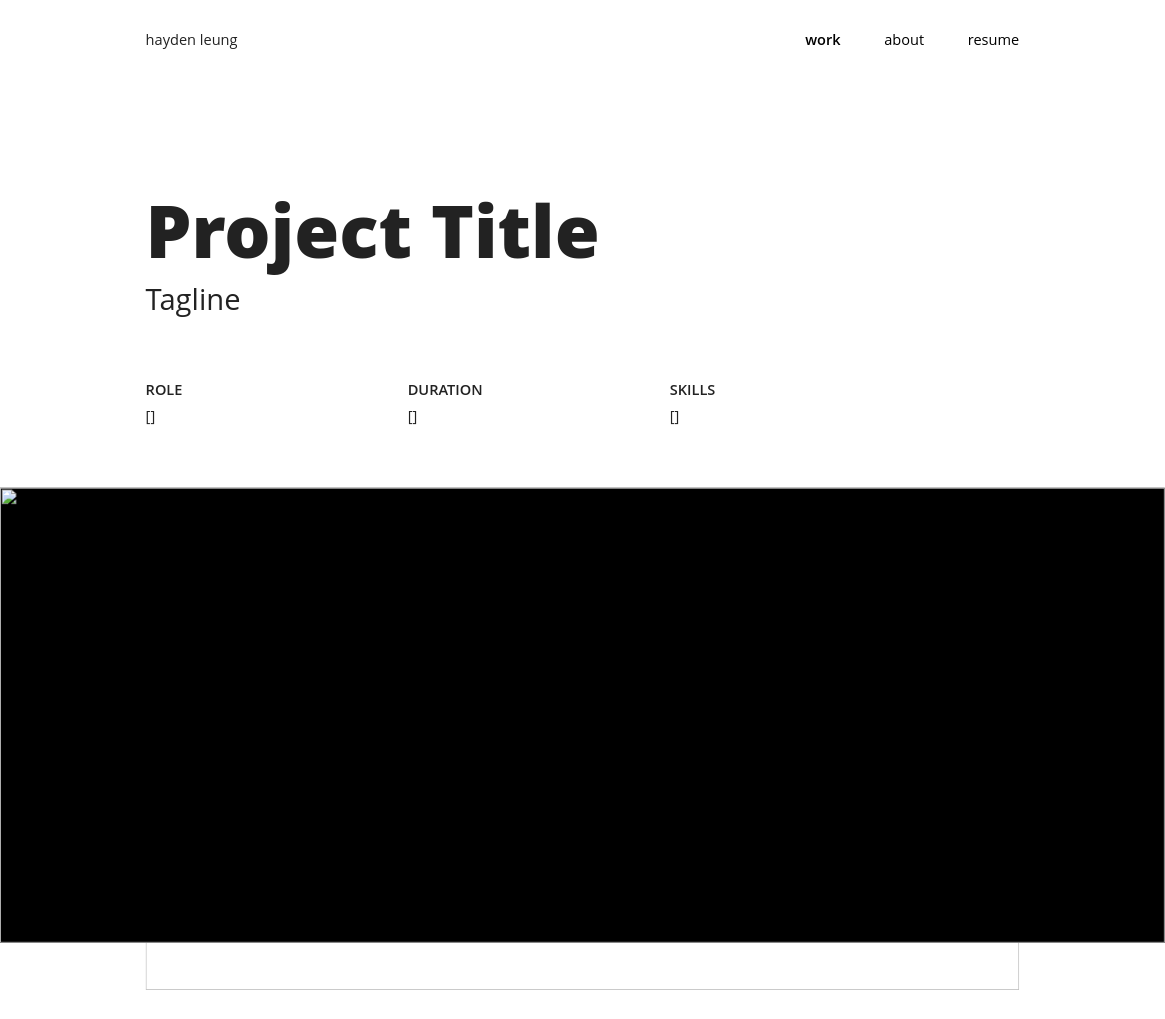
Repository: Haydenleung/Artifact
Page: /
The author's editor kept a copy of each file at every save. The page is drawn from the files as they stood at one save, then again after the next save.
The browser window is 1280 px wide. The pictures show the whole page, at 91% of full size.
The project was rebuilt for these pictures with package versions that can differ from the ones it lists, and the page was loaded fresh each time. The framework's server and built-in components were replaced by stand-ins that run in the browser. Also part of the build but not shown: next.config.mjs.

Above is the page before, as saved 2024-01-29 00:08:41.

After the next save:
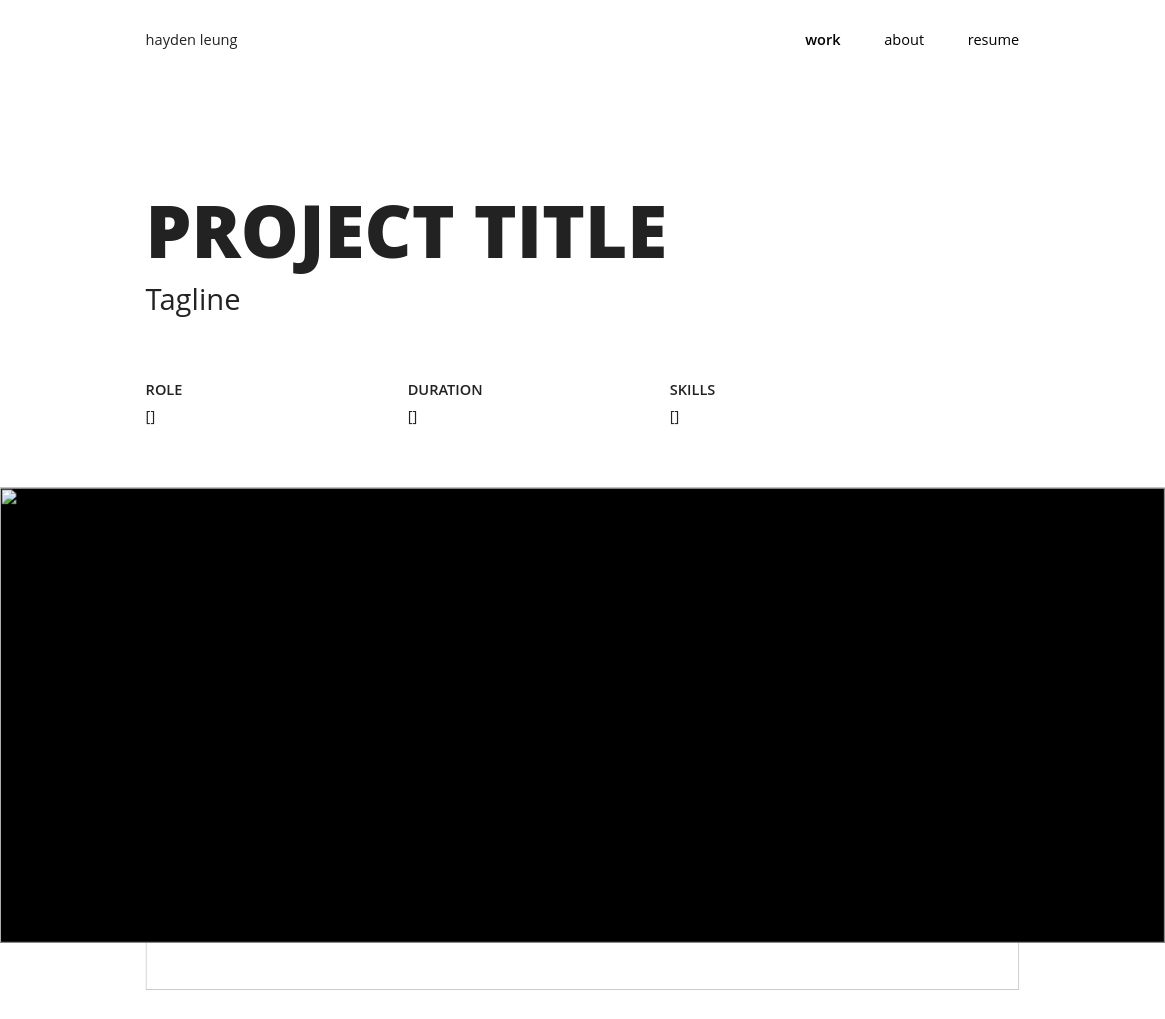
Saved 9 s later.
--- a/src/components/CaseStudy/index.tsx
+++ b/src/components/CaseStudy/index.tsx
@@ -5,7 +5,7 @@ export default function CaseStudy() {
     return (
         <div className={styles.project}>
             <div className={styles.titleSection}>
-                <h1 className={styles.projetTitle}>Project Title</h1>
+                <h1 className={styles.projetTitle}>PROJECT TITLE</h1>
                 <h3 className={styles.projectTag}>Tagline</h3>
                 <div className={styles.projectInfo}>
                     <div>ROLE
